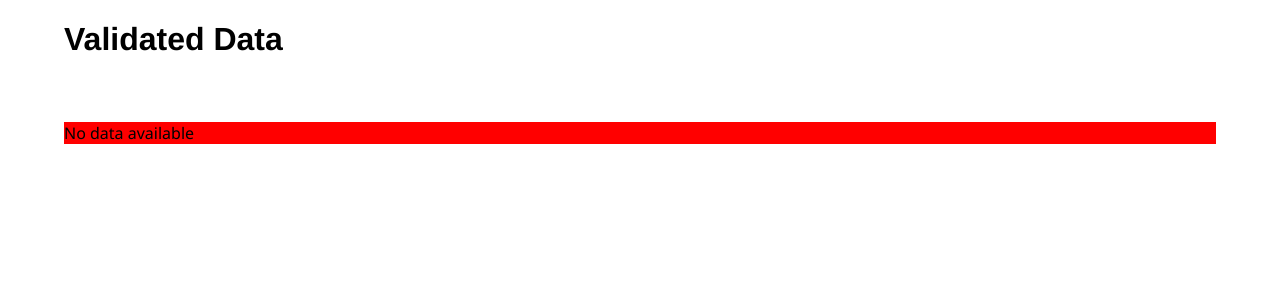
Repository: kaizoku010/mirrorscreenapp
Page: /validate
These files come from the project's save history. The page is drawn as it stood at one moment and after the next save; the edit follows.
The browser window is 1280 px wide. The pictures show the whole page.
The page's requests for data from a server got no answer. The project was rebuilt for these pictures with package versions that can differ from the ones it lists, and the page was loaded fresh each time. No one was signed in, and anything a server would have sent is missing. Also part of the build but not shown: src/App.js, src/atoms/printMe.css, src/temps/TicketTemplate.js, src/atoms/PrintMe.js, src/atoms/homeAtom.css, src/atoms/HomeAtom.js, src/Sections/Home.js.

Above is the page before, as saved 2024-06-18 20:52:37.

After the next save:
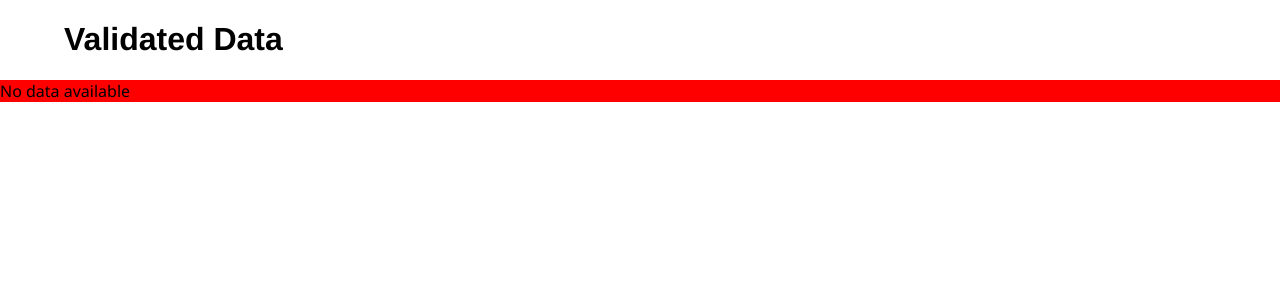
Saved 7 min 46 s later.
--- a/src/atoms/valuser.css
+++ b/src/atoms/valuser.css
@@ -29,5 +29,5 @@
     display: grid;
     grid-template-columns: auto auto auto;
     background-color: red;
-    margin: 5%;
+    /* margin: 5%; */
 }
